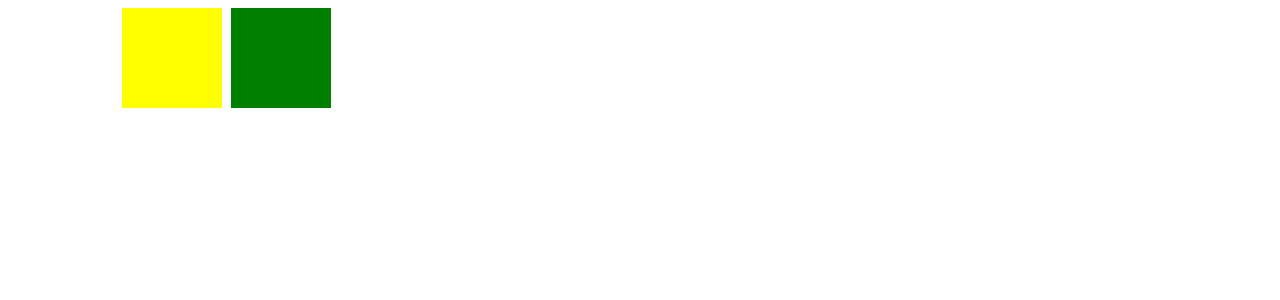
Repository: guchengjie/Frontend-01-Template
Page: week11/code1.html
These files come from the project's save history. The page is drawn as it stood at one moment and after the next save; the edit follows.
The browser window is 1280 px wide. The pictures show the whole page.

Above is the page before, as saved 2020-06-18 20:16:23.

### week11/code1.html
<!DOCTYPE html>
<html lang="en">
<head>
  <meta charset="UTF-8">
  <meta name="viewport" content="width=device-width, initial-scale=1.0">
  <title>红绿灯问题</title>
  <style>
    .box {
      width: 500px;
      height: 200px;
    }
    .box div {
      width: 100px;
      height: 100px;
      display: inline-block;
      margin-left: 5px;
    }
  </style>
</head>
<body>
  <div class="box">
    <div id="red"></div>
    <div id="yellow"></div>
    <div id="green"></div>
  </div>
  <script>
    window.onload = function() {
      let lock = 0;
      setInterval(() => {
        lock++;
        if (lock < 10) {
          callGreen();
        } else if (lock < 12) {
          callYellow();
        } else if (lock < 17) {
          lock = 0;
          callRed();
        }
      });

      function callGreen() {
        const dom = document.getElementById('green');
        dom.style.background = 'green';
      }
      function callYellow() {
        const dom = document.getElementById('yellow');
        dom.style.background = 'yellow';
      }
      function callRed() {
        const dom = document.getElementById('green');
        dom.style.background = 'green';
      }
    }
  </script>
</body>
</html>

After the next save:
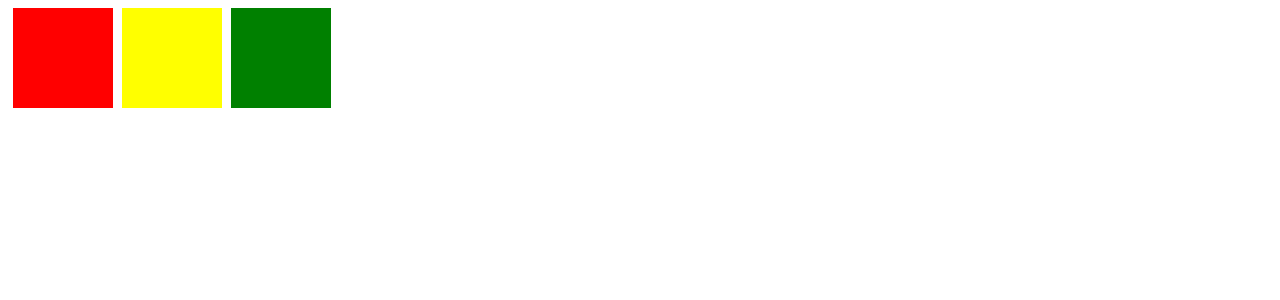
Saved 5 s later.
--- a/week11/code1.html
+++ b/week11/code1.html
@@ -47,8 +47,8 @@
         dom.style.background = 'yellow';
       }
       function callRed() {
-        const dom = document.getElementById('green');
-        dom.style.background = 'green';
+        const dom = document.getElementById('red');
+        dom.style.background = 'red';
       }
     }
   </script>
